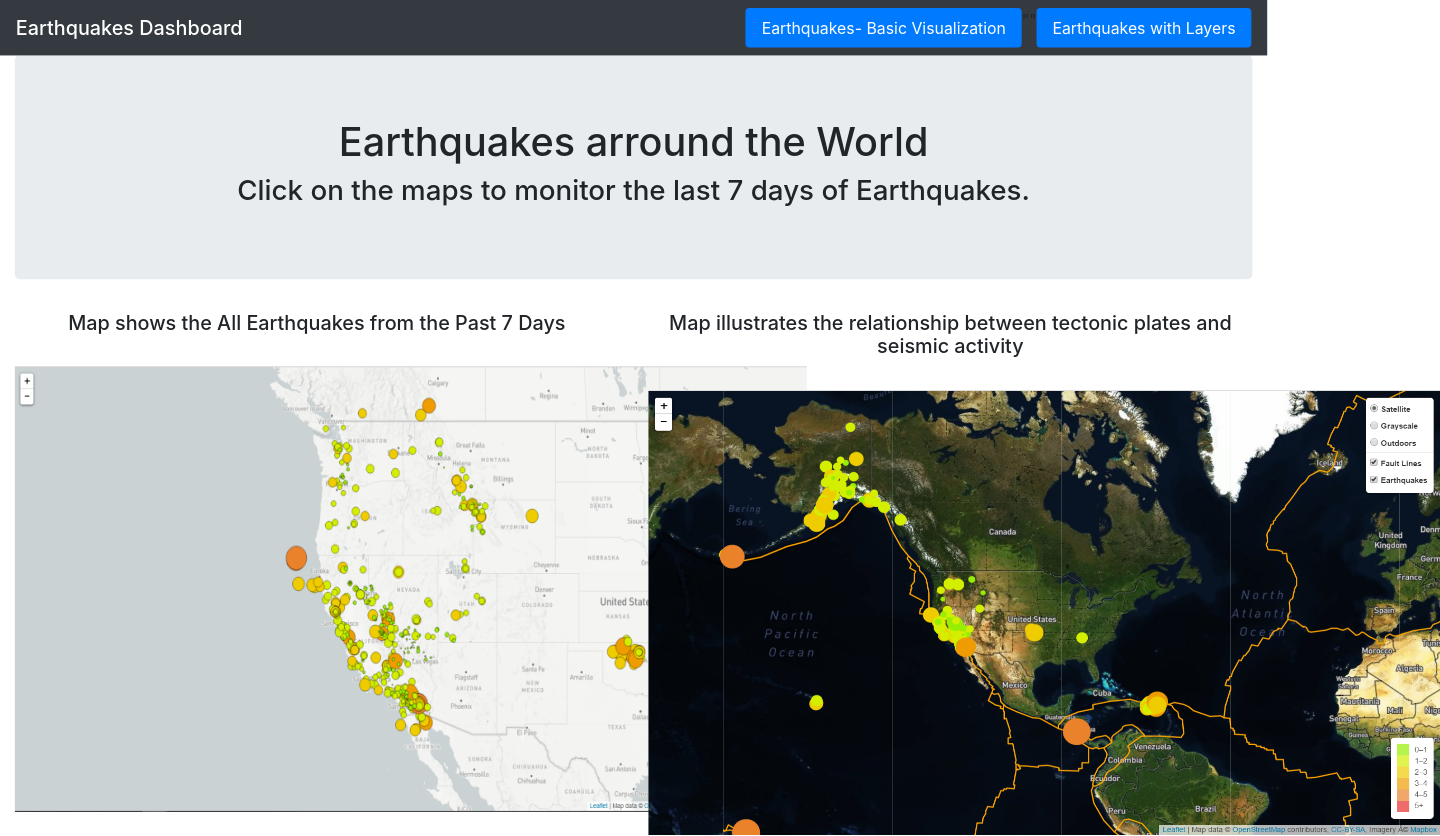
Repository: ermiasgelaye/leaflet-challenge
Page: index.html
An editor plug-in stored every save of this project. The page is shown before and after a run of saves, followed by the edit.
The browser window is 1280 px wide. The page is 1455 px wide, so the pictures cover 1455 px, including what lies to the right of the window. The pictures show the whole page, at 99% of full size.

Above is the page before, as saved 2020-09-18 22:47:42.

After the next 3 saves:
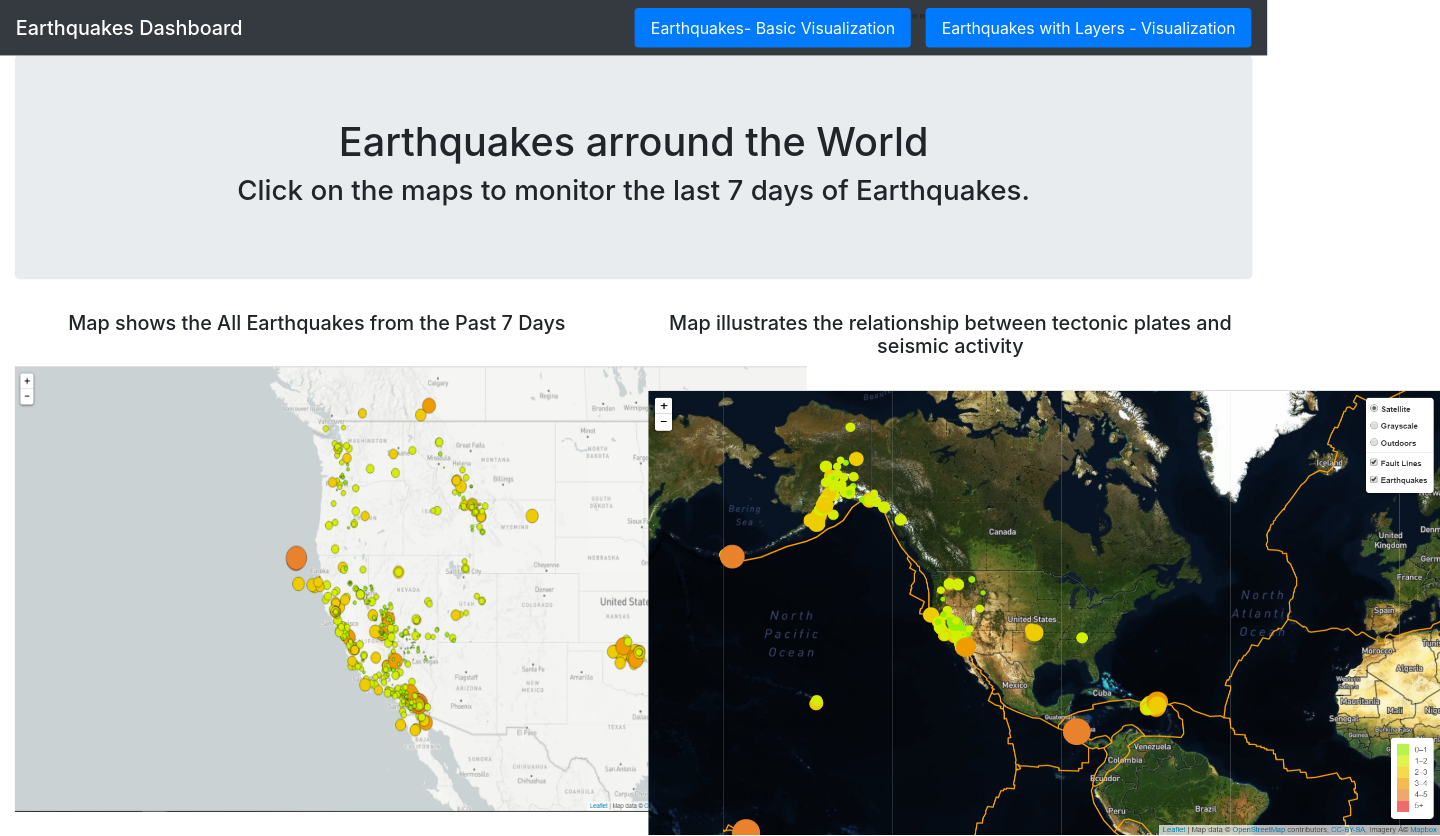
The 3 saves are shown as one change because they came seconds apart.
The last was saved 12 s later.
--- a/index.html
+++ b/index.html
@@ -30,7 +30,7 @@
         <a>""</a>
         <li class="nav-item">
           <a class="nav-link active" href="Leaflet-Step-2/step-2.html"
-            >Earthquakes with Layers</a
+            >Earthquakes with Layers - Visualization</a
           >
         </li>
       </ul>
